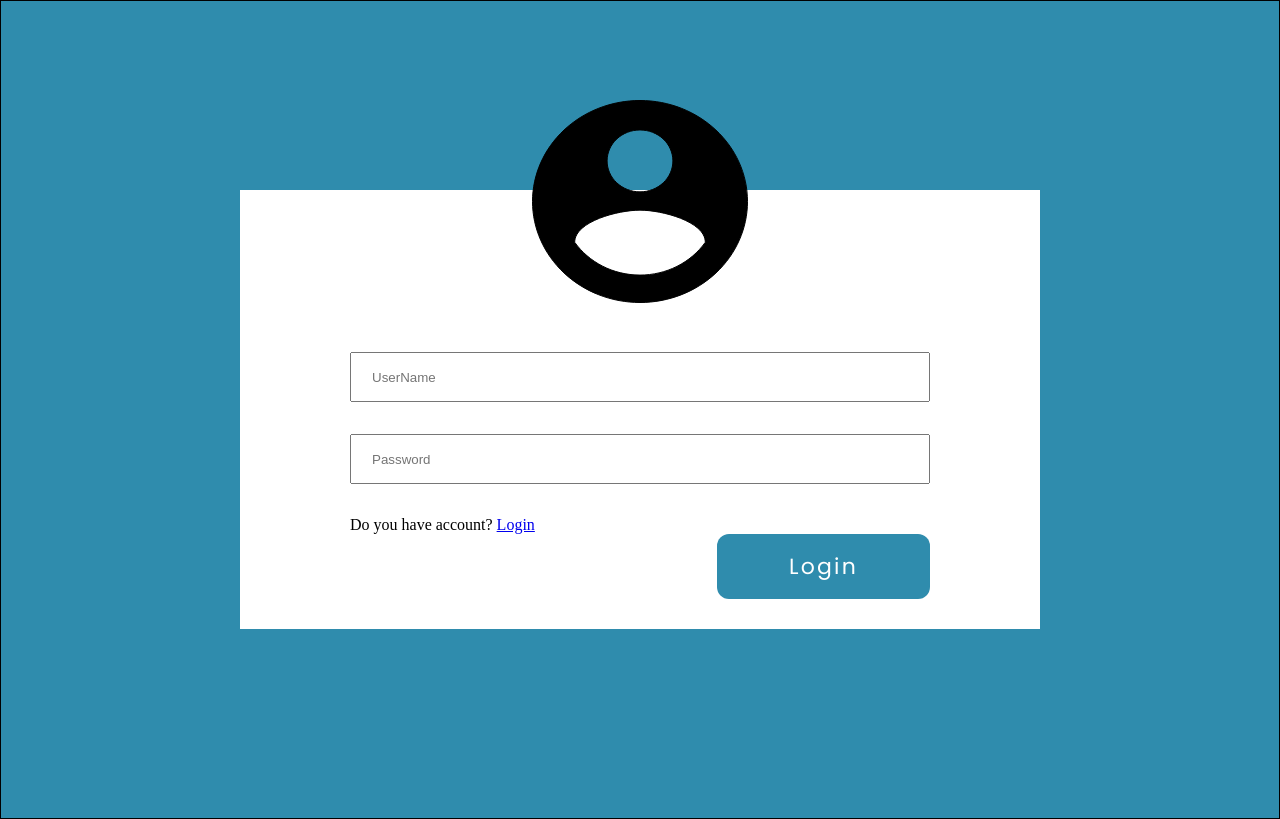
Repository: SabrinaSeydaliyeva/Agency-website
Page: pages/loginPage/index.html
These files come from the project's save history. The page is drawn as it stood at one moment and after the next save; the edit follows.
The browser window is 1280 px wide. The pictures show the whole page.

Above is the page before, as saved 2023-09-14 16:25:32.

### pages/loginPage/index.html
<!DOCTYPE html>
<html lang="en">

<head>
    <meta charset="UTF-8">
    <meta http-equiv="X-UA-Compatible" content="IE=edge">
    <meta name="viewport" content="width=device-width, initial-scale=1.0">
    <title>Login</title>
    <link rel="stylesheet" href="../../css/reset.css">
    <link rel="stylesheet" href="index.css">
</head>

<body>
    <div class="container">
        <div class="form-box">
            <form action="">
                <input class="name-input" type="text" name="name" placeholder="UserName">
                <input class="password-input" type="password" placeholder="Password">
                <p>
                    Do you have account?
                    <a href="../loginPage/index.html">Login</a>

                </p>
                <button>Login</button>
            </form>
        </div>
        <div class="profil-img">
            <img src="./images/profil.svg" alt="">
        </div>
    </div>
</body>
<script src="./index.js"></script>

</html>

### pages/loginPage/index.css
@import url("https://fonts.googleapis.com/css2?family=Poppins&display=swap");
.container {
  width: 100%;
  min-height: 100vh;
  padding: 189px;
  display: flex;
  justify-content: center;
  align-items: center;
  border: 1px solid #000;
  background: #2f8cad;
  background: #2f8cad lightgray 50%/cover no-repeat;
  /* background: lightgray 50% / cover no-repeat; */
  box-shadow: 0px 4px 4px 0px rgba(0, 0, 0, 0.25);
}
.container .profil-img {
  position: absolute;
  top: 100px;
  width: 216px;
  height: 203px;
}
.container .form-box {
  position: relative;
  width: 800px;
  padding: 162px 110px 30px 110px;
  background: #fff;
}
.container .form-box form input {
  margin-bottom: 32px;
  width: 100%;
  height: 50px;
  padding: 0 20px;
}
.container .form-box form button {
  width: 213px;
  height: 65px;
  margin-left: auto;
  display: block;
  border: none;
  border-radius: 12px;
  background: #2f8cad;
  color: #fff;
  text-align: center;
  font-family: Poppins;
  font-size: 22px;
  font-style: normal;
  font-weight: 400;
  line-height: normal;
  letter-spacing: 2.2px;
}

### pages/loginPage/index.js
let form=document.querySelector("form")
let emailInput=document.querySelector(".email-input")
let nameInput=document.querySelector(".name-input")
let passwordInput=document.querySelector(".password-input")

form.addEventListener("submit", handleRegister)
let dataBase=[]
function handleRegister(e) {
e.preventDefault()
console.log(emailInput.value);
console.log(nameInput.value);
console.log(passwordInput.value);

let user ={
    email: emailInput.value,
    name: nameInput.value,
    password: passwordInput.value,
}
dataBase.push(user)
form.reset()
console.log(dataBase);
}

Loaded but not shown: css/reset.css (common file)

After the next save:
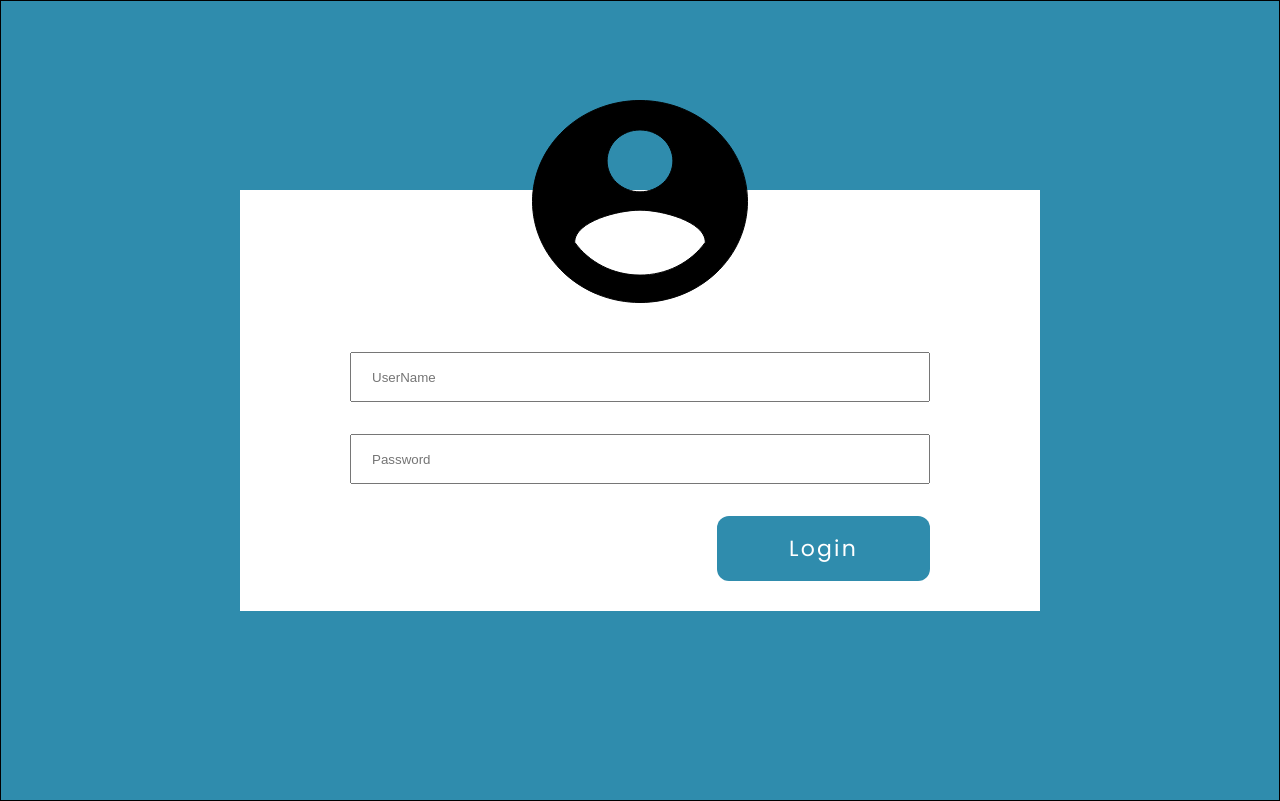
Saved 17 s later.
--- a/pages/loginPage/index.html
+++ b/pages/loginPage/index.html
@@ -16,11 +16,7 @@
             <form action="">
                 <input class="name-input" type="text" name="name" placeholder="UserName">
                 <input class="password-input" type="password" placeholder="Password">
-                <p>
-                    Do you have account?
-                    <a href="../loginPage/index.html">Login</a>
 
-                </p>
                 <button>Login</button>
             </form>
         </div>
